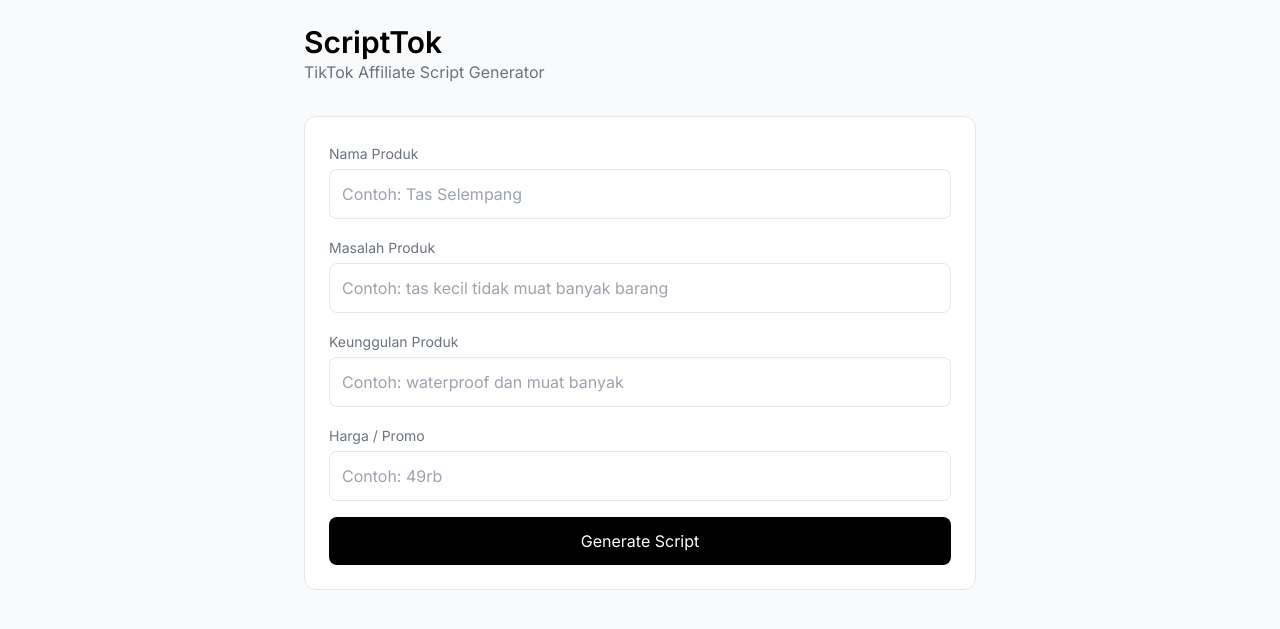
Repository: diritditdit07/ScriptTok
Page: /
The author's editor kept a copy of each file at every save. The page is drawn from the files as they stood at one save, then again after the next save.
The browser window is 1280 px wide. The pictures show the whole page.
The project was rebuilt for these pictures with package versions that can differ from the ones it lists, and the page was loaded fresh each time. Also part of the build but not shown: vite.config.js, src/components/ScriptResult.jsx, src/components/HookList.jsx.

Above is the page before, as saved 2026-03-05 11:42:47.

After the next save:
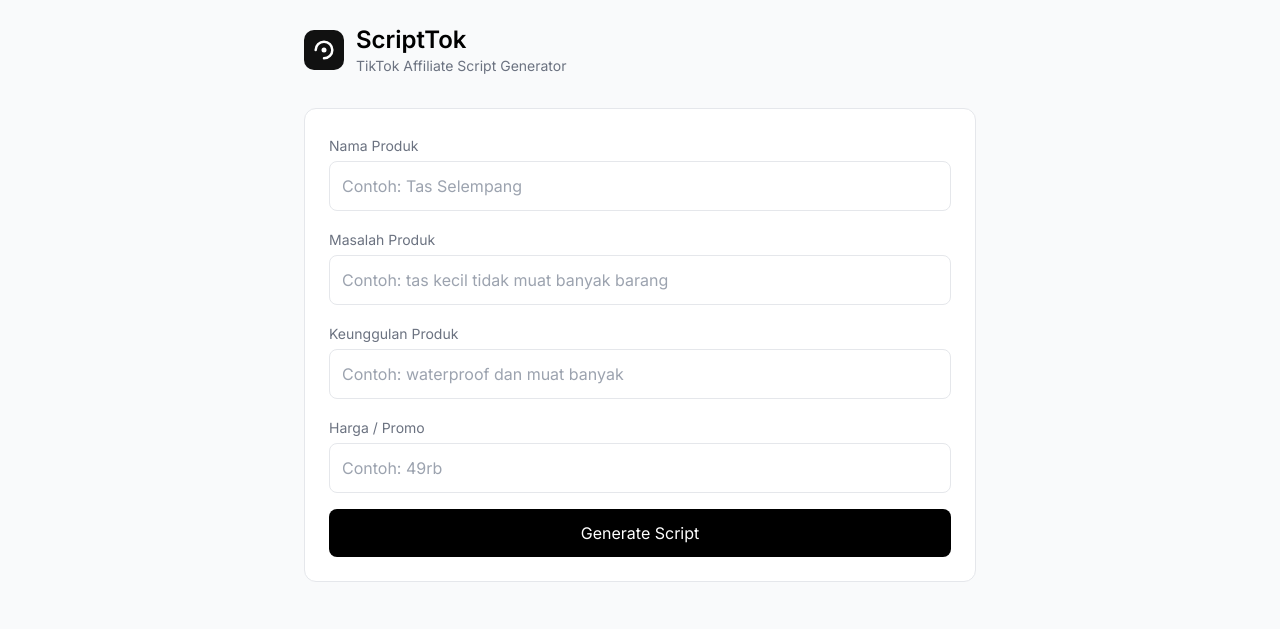
Saved 21 s later.
--- a/src/App.jsx
+++ b/src/App.jsx
@@ -27,17 +27,27 @@
 
       <div className="w-full max-w-2xl">
 
-        <header className="mb-8">
+        <header className="mb-8 flex items-center gap-3">
 
-          <h1 className="text-3xl font-semibold">
-            ScriptTok
-          </h1>
+  <img
+    src={logo}
+    alt="ScriptTok Logo"
+    className="w-10 h-10"
+  />
 
-          <p className="text-gray-500">
-            TikTok Affiliate Script Generator
-          </p>
+  <div>
 
-        </header>
+    <h1 className="text-2xl font-semibold">
+      ScriptTok
+    </h1>
+
+    <p className="text-gray-500 text-sm">
+      TikTok Affiliate Script Generator
+    </p>
+
+  </div>
+
+</header>
 
         {/* FORM CARD */}
 
